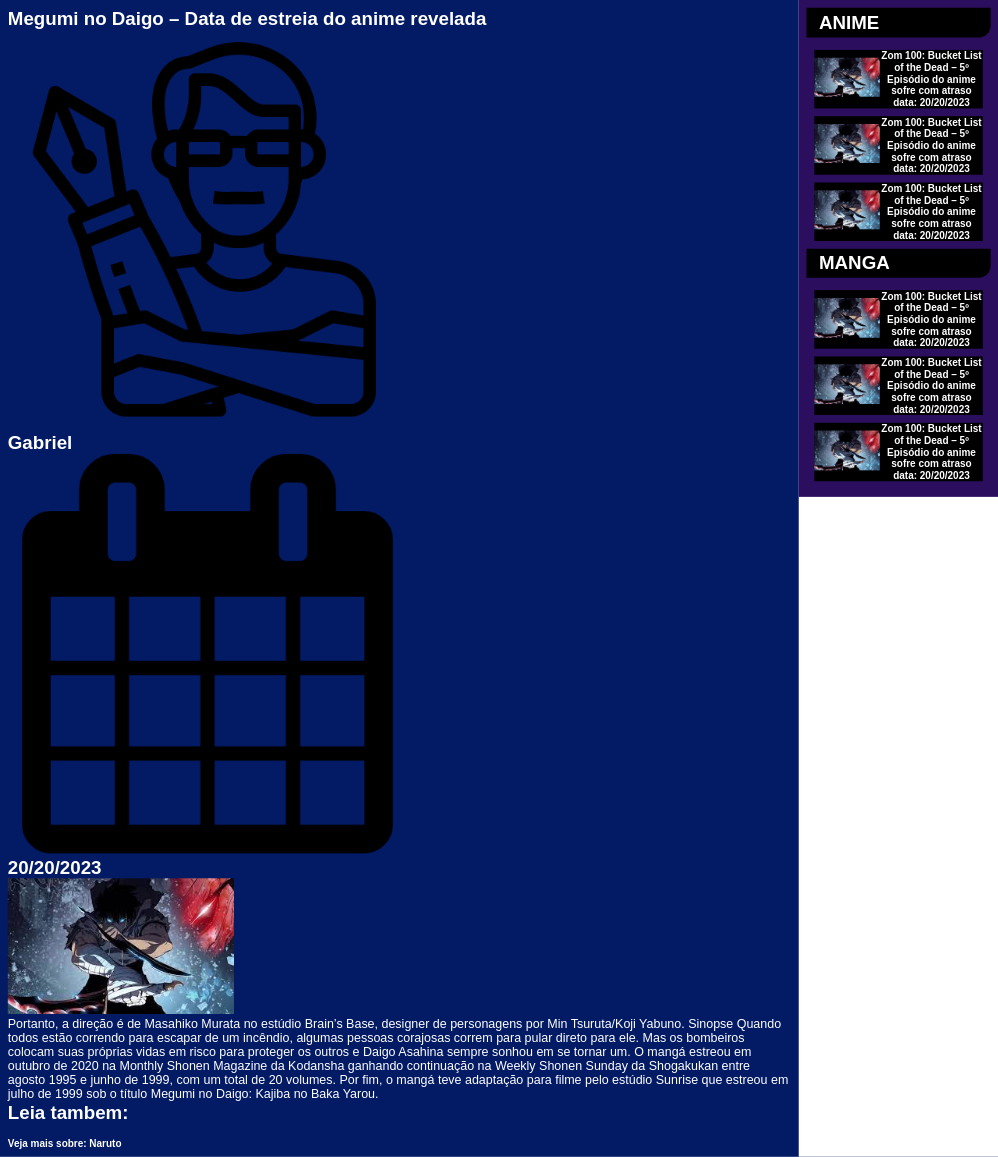
Repository: GabriellShi/blog-anime
Page: a-noticia.html
The author's editor kept a copy of each file at every save. The page is drawn from the files as they stood at one save, then again after the next save.
The browser window is 1280 px wide. The pictures show the whole page, at 78% of full size.

Above is the page before, as saved 2023-08-03 23:05:49.

After the next save:
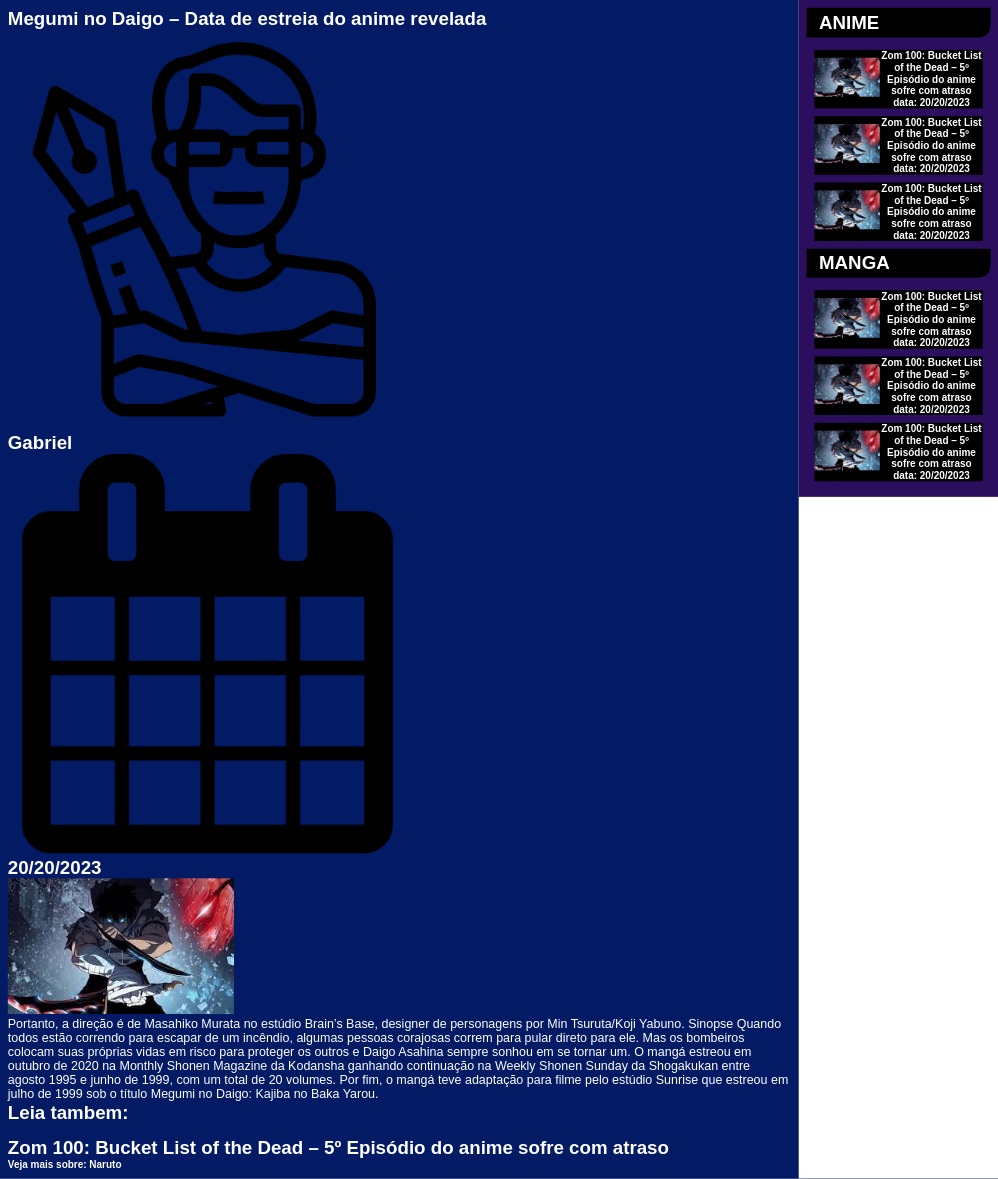
Saved 13 s later.
--- a/a-noticia.html
+++ b/a-noticia.html
@@ -40,7 +40,7 @@
             <h1>Leia tambem:</h1>
             <div>
                 <img src="" alt="">
-                <h2></h2>
+                <h2>Zom 100: Bucket List of the Dead – 5º Episódio do anime sofre com atraso</h2>
             </div>
         </div>
 
